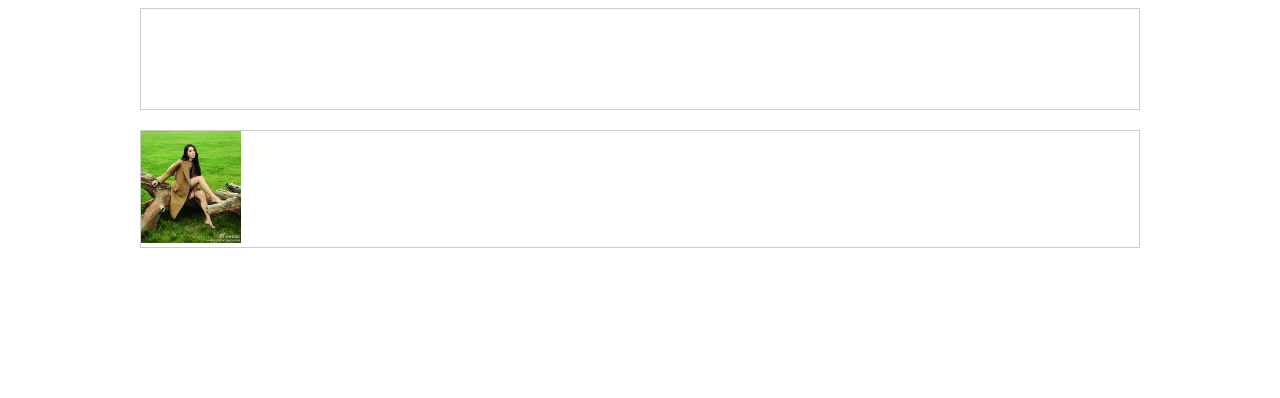
Repository: cw19931024/Demo
Page: drap.html
These files come from the project's save history. The page is drawn as it stood at one moment and after a run of saves; the edit follows.
The browser window is 1280 px wide. The pictures show the whole page.

Above is the page before, as saved 2017-07-26 16:05:31.

After the next 2 saves:
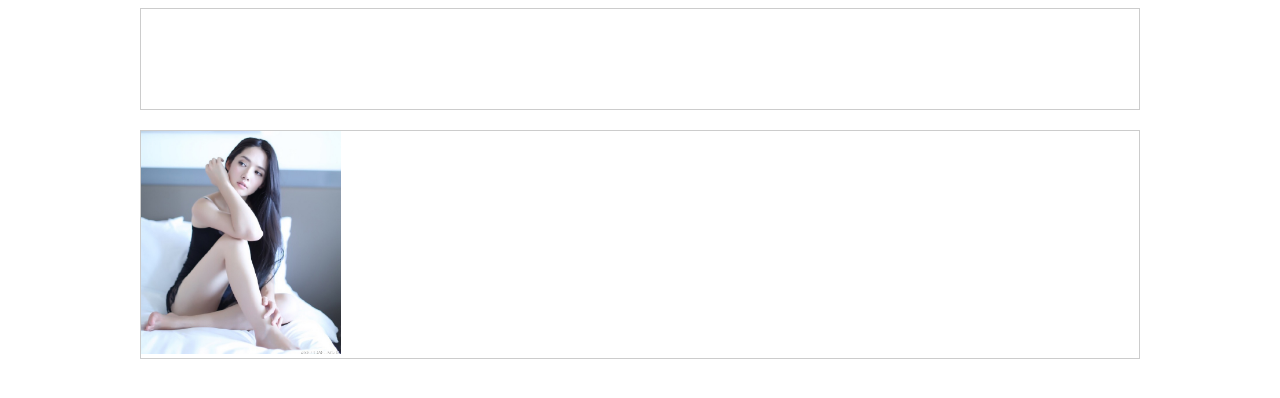
The 2 saves are shown as one change because they came seconds apart.
The last was saved 6 s later.
--- a/drap.html
+++ b/drap.html
@@ -24,7 +24,7 @@
         <div id='content'></div>
         <div id='input'>
             <div>
-                <img src="img/gbt_3.jpg" alt="" width="100">
+                <img src="img/gbt_1.jpg" alt="" width="200">
             </div>
         </div>
     </div>
